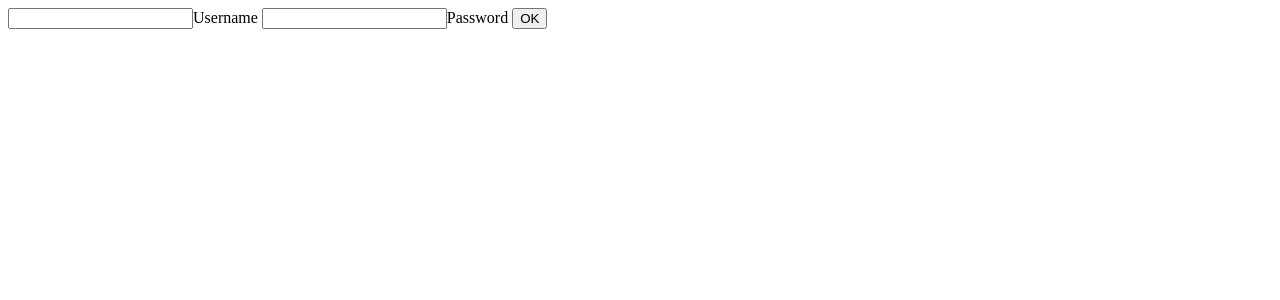
Repository: basithamid/Assignments
Page: JAVA/Assignments/Servlet/WebContent/login.html
The author's editor kept a copy of each file at every save. The page is drawn from the files as they stood at one save, then again after the next save.
The browser window is 1280 px wide. The pictures show the whole page.

Above is the page before, as saved 2017-08-22 09:24:47.

### JAVA/Assignments/Servlet/WebContent/login.html
<!DOCTYPE html>
<html>
<head>
<meta charset="ISO-8859-1">
<title>Insert title here</title>
</head>
<body>
	<form action="login" method="">
		<input type="text">Username</input>
		<input type="password">Password</input>
		<button type="submit" onSubmit="login">OK</button>
	</form>
</body>
</html>

After the next save:
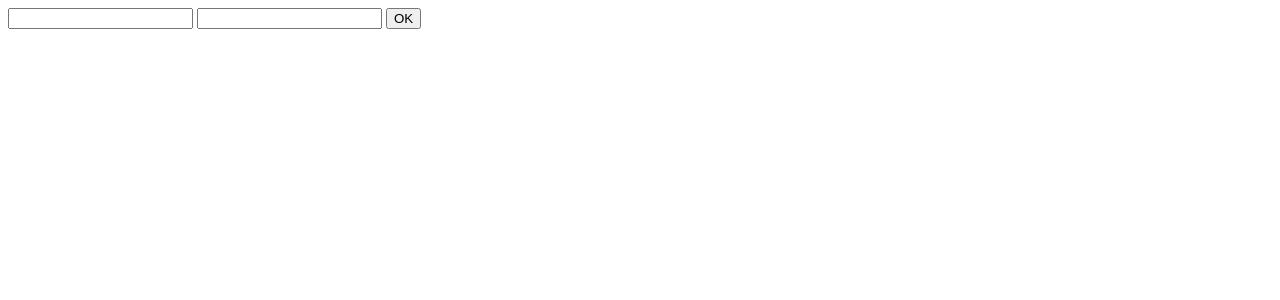
Saved 17 s later.
--- a/JAVA/Assignments/Servlet/WebContent/login.html
+++ b/JAVA/Assignments/Servlet/WebContent/login.html
@@ -6,8 +6,8 @@
 </head>
 <body>
 	<form action="login" method="">
-		<input type="text">Username</input>
-		<input type="password">Password</input>
+		<input type="text">
+		<input type="password">
 		<button type="submit" onSubmit="login">OK</button>
 	</form>
 </body>
